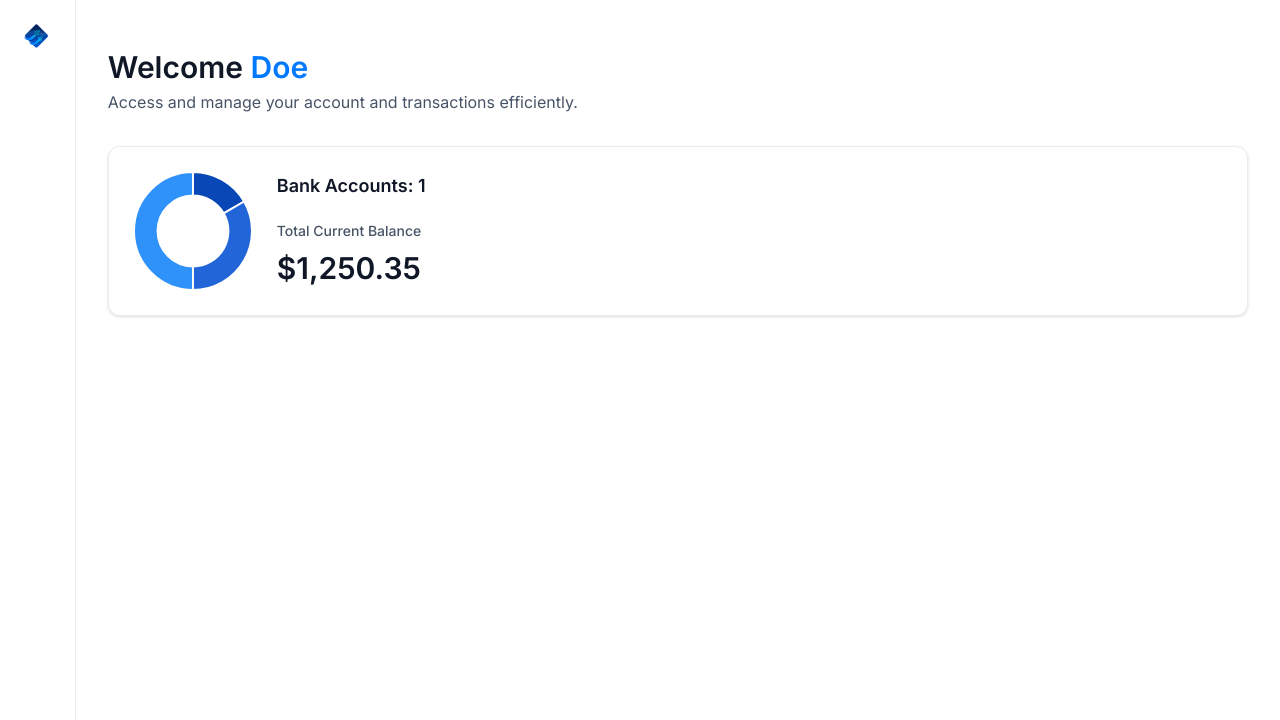
Repository: akinolapo/creditcraze
Page: /
These files come from the project's save history. The page is drawn as it stood at one moment and after a run of saves; the edit follows.
The browser window is 1280 px wide. The pictures show the whole page.
The project was rebuilt for these pictures with package versions that can differ from the ones it lists, and the page was loaded fresh each time. The framework's server and built-in components were replaced by stand-ins that run in the browser. Also part of the build but not shown: next.config.mjs.

Above is the page before, as saved 2024-07-01 09:09:00.

After the next 2 saves:
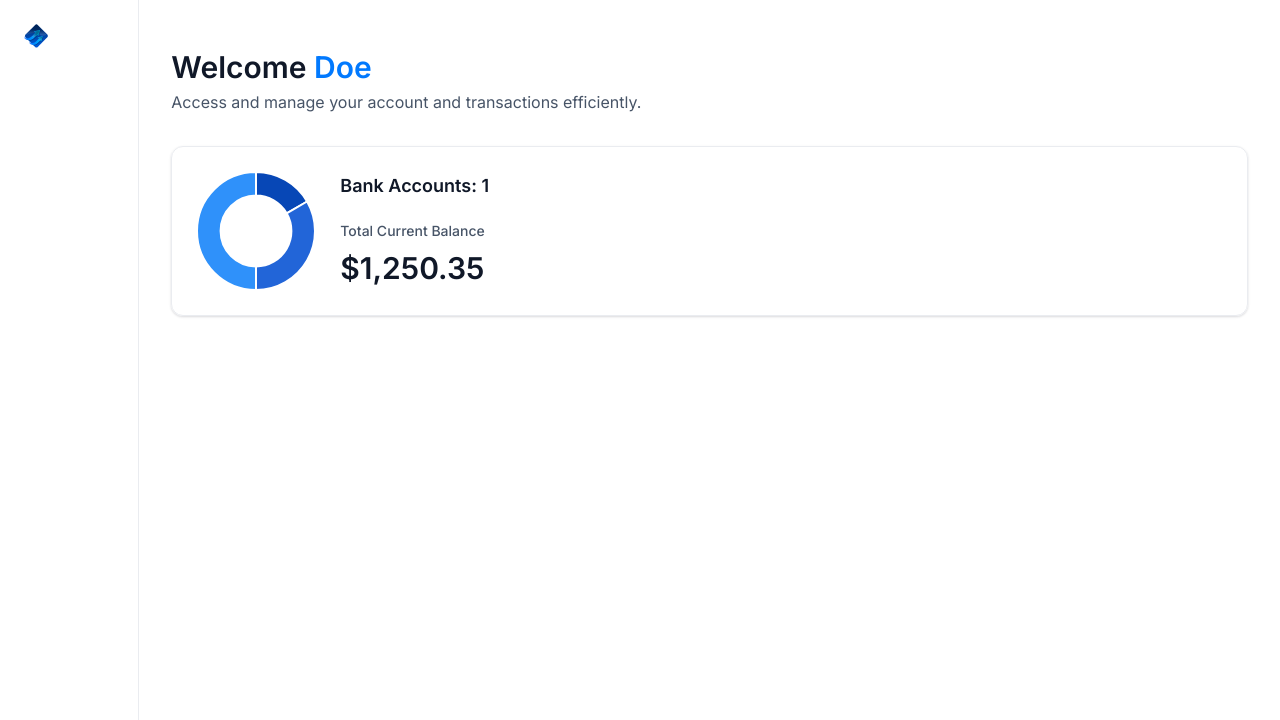
The 2 saves are shown as one change because they came seconds apart.
The last was saved 7 s later.
--- a/components/Sidebar.tsx
+++ b/components/Sidebar.tsx
@@ -14,7 +14,7 @@ const Sidebar = ({user}: SiderbarProps) => {
                     alt="Credicraze logo"
                     className="size-[24px] max-xl:size-14"
                 />
-                <h1>Cre</h1>
+                <h1>CreditCraze</h1>
             </Link>
         </nav>
     </section>
